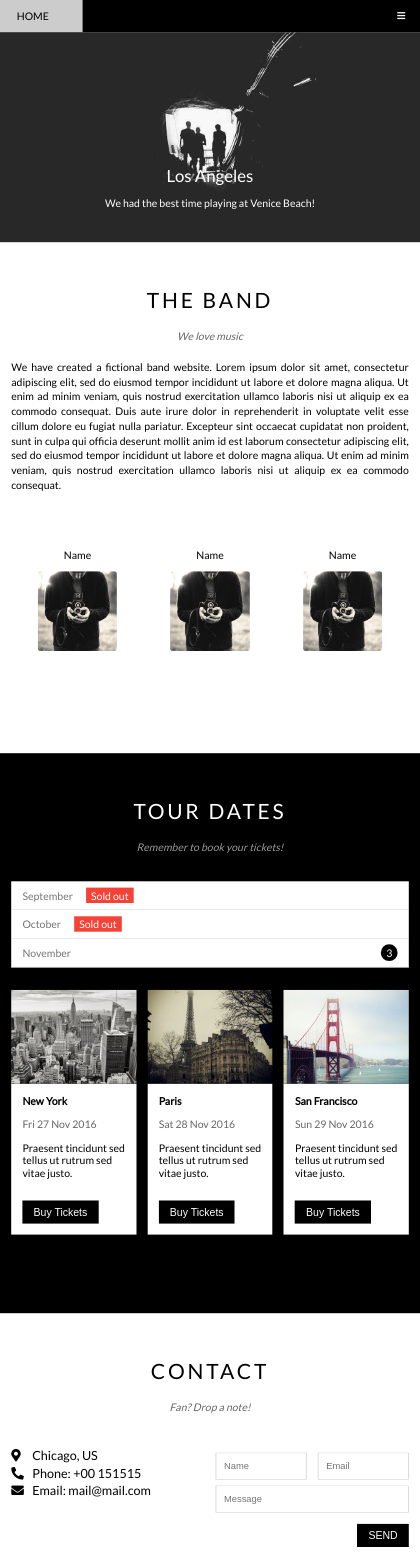
Repository: nguyenthaicong265/w3-band
Page: index.html
These files come from the project's save history. The page is drawn as it stood at one moment and after the next save; the edit follows.
The browser window is 600 px wide. The pictures show the part of the page from y = 0 to 2240 px (the page is 2878 px tall), at 70% of full size.

Above is the page before, as saved 2022-01-06 10:25:39.

### index.html
<!DOCTYPE html>
<html lang="en">
<head>
    <meta charset="UTF-8">
    <meta http-equiv="X-UA-Compatible" content="IE=edge">
    <meta name="viewport" content="width=device-width, initial-scale=1.0">
    <title>The band</title>
    <link rel="icon" href="./assets/img/favicon.png" type="image/x-icon" />
    <link rel="stylesheet" href="./assets/css/styles.css">
    <link rel="stylesheet" href="./assets/css/responsive.css">
    <link rel="stylesheet" href="https://fonts.googleapis.com/css?family=Lato">
    <link rel="stylesheet" href="./assets/font/themify-icons-font/themify-icons/themify-icons.css">
    <link rel="stylesheet" href="./assets/font/fontawesome-free-5.15.4-web/css/all.css">
</head>
<body>
    <div id="main">
        <div id="header">
            <ul id="nav">
                <li><a href="#">Home</a></li>
                <li><a href="#band">Band</a></li>
                <li><a href="#tour">Tour</a></li>
                <li><a href="#contact">Contact</a></li>
                <li>
                    <a href="#">
                        More
                        <i class="fas fa-sort-down"></i>
                    </a>
                    <ul class="subnav">
                        <li><a href="#">Merchandise</a></li>
                        <li><a href="#">Extras</a></li>
                        <li><a href="#">Media</a></li>
                    </ul>
                </li>
            </ul>
            <div class="search-button">
                <i class="fas fa-search"></i>
            </div>
            <div id="mobile-menu" class="mobile-menu-button">
                <i class="fas fa-bars"></i>
            </div>
        </div>

        <div id="slider">
            <div class="text-content text-white">
                <h2 class="text-head">Los Angeles
                </h2>
                <div class="text-description">We had the best time playing at Venice Beach!
                </div>
            </div>
        </div>

        <div id="content">
            <!-- About-section -->
            <div id="band" class="band-section">
                <div class="content-section">
                    <h2 class="section-heading">
                    THE BAND
                    </h2>
                    <p class="section-sub-heading">
                    We love music
                    </p>
                    <p class="about-text">We have created a fictional band website. Lorem ipsum dolor sit amet, consectetur adipiscing elit, sed do eiusmod tempor incididunt ut labore et dolore magna aliqua. Ut enim ad minim veniam, quis nostrud exercitation ullamco laboris nisi ut aliquip ex ea commodo consequat. Duis aute irure dolor in reprehenderit in voluptate velit esse cillum dolore eu fugiat nulla pariatur. Excepteur sint occaecat cupidatat non proident, sunt in culpa qui officia deserunt mollit anim id est laborum consectetur adipiscing elit, sed do eiusmod tempor incididunt ut labore et dolore magna aliqua. Ut enim ad minim veniam, quis nostrud exercitation ullamco laboris nisi ut aliquip ex ea commodo consequat.
                    </p>

                    <!-- Member -->
                    <div class="members-list">
                        <div class="member-item">
                            <p class="member-name">Name</p>
                            <img src="./assets/img/band/member1.jpg" alt="Name" class="member-avatar">
                        </div>

                        <div class="member-item">
                            <p class="member-name">Name</p>
                            <img src="./assets/img/band/member1.jpg" alt="Name" class="member-avatar">
                        </div>

                        <div class="member-item">
                            <p class="member-name">Name</p>
                            <img src="./assets/img/band/member1.jpg" alt="Name" class="member-avatar">
                        </div>
                    </div>
                </div>
            </div>

            <!-- Tour-section -->
            <div id="tour" class="tour-section">
                <div class="content-section">
                    <h2 class="section-heading text-white">
                    TOUR DATES
                    </h2>
                    <p class="section-sub-heading text-white">
                    Remember to book your tickets!
                    </p>

                    <!-- Tickets  -->
                    <ul class="tickets-list">
                        <li>September <span class="sold-out text-white">Sold out</span></li>
                        <li>October <span class="sold-out text-white">Sold out</span></li>
                        <li>November <span class="quantity text-white">3</span></li>
                    </ul>

                    <!-- Places -->
                    <div class="row places-list">
                        <div class="col col-third">
                            <img src="./assets/img/places/newyork.jpg" alt="New York" class="place-img">
                            <div class="place-body">
                                <h3 class="place-heading">
                                    New York
                                </h3>
                                <p class="place-time">
                                    Fri 27 Nov 2016
                                </p>
                                <p class="place-dsc">
                                    Praesent tincidunt sed tellus ut rutrum sed vitae justo.
                                </p>
                                <button class="btn js-buy-ticket">Buy Tickets</button>
                            </div>
                        </div>

                        <div class="col col-third">
                            <img src="./assets/img/places/paris.jpg" alt="Paris" class="place-img">
                            <div class="place-body">
                                <h3 class="place-heading">
                                    Paris
                                </h3>
                                <p class="place-time">
                                    Sat 28 Nov 2016
                                </p>
                                <p class="place-dsc">
                                    Praesent tincidunt sed tellus ut rutrum sed vitae justo.
                                </p>
                                <button class="btn js-buy-ticket">Buy Tickets</button>
                            </div>
                        </div>

                        <div class="col col-third">
                            <img src="./assets/img/places/sanfran.jpg" alt="San Francisco" class="place-img">
                            <div class="place-body">
                                <h3 class="place-heading">
                                    San Francisco
                                </h3>
                                <p class="place-time">
                                    Sun 29 Nov 2016
                                </p>
                                <p class="place-dsc">
                                    Praesent tincidunt sed tellus ut rutrum sed vitae justo.
                                </p>
                                <button class="btn js-buy-ticket">Buy Tickets</button>
                            </div>
                        </div>
                    </div>
                </div>
            </div>

            <!-- Begin: Contact-section -->
            <div id="contact" class="content-section">
                <h2 class="section-heading">
                CONTACT</h2>
                <p class="section-sub-heading">
                Fan? Drop a note!</p>
                <div class="row contact-content">
                    <div class="col col-half contact-info">
                        <p><i class="fas fa-map-marker-alt"></i>Chicago, US</p>
                        <p><i class="fas fa-phone-alt"></i>Phone: +00 151515</p>
                        <p><i class="fas fa-envelope"></i>Email: mail@mail.com</p>
                    </div>
                    <div class="col col-half contact-form">
                        <form action="">
                            <div class="row mt-8">
                                <div class="col col-half">
                                    <input type="text" name="" required placeholder="Name" id="" class="form-control">
                                </div>
                                <div class="col col-half">
                                    <input type="email" name="" required placeholder="Email" id="" class="form-control">
                                </div>
                            </div>
                            <div class="row mt-8">
                                <div class="col col-full">
                                    <input type="text" name="" required placeholder="Message" id="" class="form-control">
                                </div>
                            </div>
                            <input class="btn pull-right mt-16" type="submit" value="SEND">
                        </form>
                    </div>
                </div>
            </div>
            <!-- End: Contact-section -->


            <div class="map-section">
                <img src="./assets/img/map.jpg" alt="Map">
            </div>
        </div>

        <div id="footer">
            <div class="socials-list">
                <a href=""><i class="fab fa-facebook-square"></i></a>
                <a href=""><i class="fab fa-instagram"></i></a>
                <a href=""><i class="fab fa-snapchat"></i></a>
                <a href=""><i class="fab fa-pinterest-p"></i></a>
                <a href=""><i class="fab fa-twitter"></i></a>
                <a href=""><i class="fab fa-linkedin-in"></i></a>
            </div>
            <p class="copyright">Powered by <a href="">w3.css</a></p>
        </div>
    </div>
    <div class="modal js-modal">
         <div class="modal-contaner js-modal-container">
             <div class="modal-close js-modal-close">
                <i class="fas fa-times"></i>
             </div>

             <div class="modal-header text-white">
                <i class="fas fa-suitcase"></i> Tickets
             </div>

             <div class="modal-body">
                <label for="ticket-quantity" class="modal-label">
                    <i class="fas fa-shopping-cart"></i>
                    Tickets, $15 per person
                 </label>
                 <input type="text" id="ticket-quantity" class="modal-input" placeholder="How many?">

                 <label for="ticket-email" class="modal-label">
                    <i class="fas fa-user"></i>
                    Send To
                 </label>
                 <input type="text" id="ticket-email" class="modal-input" placeholder="Enter email">

                <button id="buy-ticket">
                    Pay
                    <i class="fas fa-check"></i>
                </button>
             </div>

             <div class="modal-footer">
                 <p class="modal-help">
                     Need <a href="">help?</button>
                 </p>
             </div>
         </div>
    </div>

    /* Buy Ticket */
    <script>
        const buyBtns = document.querySelectorAll('.js-buy-ticket')
        const modal = document.querySelector('.js-modal')
        const modalContainer = document.querySelector('.js-modal-container')
        const modalClose = document.querySelector('.js-modal-close')

        // Hàm hiển thị modal mua vé
        function showBuyTickets() {
            modal.classList.add('open')
        }

        // Hàm ẩn modal mua vé
        function closeBuyTickets() {
            modal.classList.remove('open')
        }

        // Lắng nghe click vào từng button Buy Ticket
        for (const buyBtn of buyBtns) {
            buyBtn.addEventListener('click', showBuyTickets)
        }

        // Lắng nghe click vào button close
        modalClose.addEventListener('click', closeBuyTickets)

        // Lắng nghe click vào modal
        modal.addEventListener('click', closeBuyTickets)

        // Lắng nghe click vào container
        modalContainer.addEventListener('click', function(event) {
            event.stopPropagation()
        })
    </script>

    /* Mobile Menu */
    <script>
        var header = document.getElementById('header')
        var mobileMenu = document.getElementById('mobile-menu')
        var headerHeight = header.clientHeight

        // Đóng mở mobile menu
        mobileMenu.onclick = function() {
            var isClosed = header.clientHeight === headerHeight
            if (isClosed) {
                header.style.height = 'auto'
            }
            else {
                header.style.height = null
            }
        }

        // Tự động đóng sau khi chọn menu
        var menuItems = document.querySelectorAll('#nav li a[href*="#"]')
        for (const menuItem of menuItems) {
            menuItem.onclick = function() {
                header.style.height = null
            }
        }
    </script>
</body>
</html>

### assets/css/styles.css
/* Reset CSS */
* {
    padding: 0;
    margin: 0;
    box-sizing: border-box;
}

html {
    font-family: "Lato", sans-serif;
    font-size: 62.5%;
    scroll-behavior: smooth;
}

/* Common */
.clear {
    clear: both;
}

.text-white {
    color: #ffff !important;
}

.row {
    margin-left: -8px;
    margin-right: -8px;
    overflow: hidden;
}

.col {
    float: left;
    padding-left: 8px;
    padding-right: 8px;
}

.col-third {
    width: 33.33333%;
}

.col-half {
    width: 50%;
}

.col-full {
    width: 100%;
}

.mt-8 {
    margin-top: 8px;
}

.mt-16 {
    margin-top: 16px;
}

.btn {
    display: inline-block;
    font-size: 15px;
    color: #ffff;
    background-color: #000;
    text-decoration: none;
    padding: 8px 16px;
    margin-top: 16px;
    border: 0px;
    cursor: pointer;
}

.btn:hover {
    color: #000;
    background-color: #ccc;
}

.pull-right {
    float: right;
    overflow: hidden;
}

/* Main */

#main {

}

#header {
    position: fixed;
    top: 0;
    left: 0;
    right: 0;
    height: 46px;
    background-color: #000000;
    z-index: 1;
    overflow: hidden;
}

#header .search-button,
#header .mobile-menu-button {
    color: #fff;
    float: right;
    padding: 0 21px;
}

#header .search-button:hover {
    cursor: pointer;
    background-color: #f44336!important;
}

#header .mobile-menu-button:hover {
    background-color: #ccc;
    color: #000;
}

#header .fa-search,
#header .fa-bars {
    font-size: 13px;
    line-height: 46px;
}

#nav, .subnav {
    display: inline-block;
    list-style-type: none;
}

#nav > li {
    display: inline-block;
}

#nav li {
    position: relative;
}

#nav > li > a {
    color: #ffffff;
    text-transform: uppercase;
}

#nav li a {
    text-decoration: none;
    line-height: 46.5px;
    padding: 0px 24px;
    font-size: 1.5rem;
    display: block;
}

#nav .fa-sort-down {
    font-size: 20px;
}

#nav li:hover .subnav {
    display: block;

}

#nav > li:hover > a,
#nav .subnav li:hover a {
    color: #000 !important;
    background-color: #ccc !important;
}

#nav .subnav {
    display: none;
    position: absolute;
    min-width: 160px;
    top: 46.5px;
    background-color: #ffffff;
    box-shadow: 0 0 10px rgba(0, 0, 0, 0.3);
}

#nav .subnav a {
    color: #000;
    padding: 0 12px;
    line-height: 38px;
}

#slider {
    position: relative;
    margin-top: 46px;
    padding-top: 50%;
    background: url(/assets/img/slider/slider1.jpg) top center / cover no-repeat;
}

#slider .text-content {
    position: absolute;
    bottom: 48px;
    width: 100%;
    text-align: center;
}

#slider .text-head {
    font-weight: 100;
    font-size: 24px;
    margin-bottom: 10px;
}
#slider .text-description {
    font-size: 15px;
    margin-top: 15px;
}

#content {
}

#content .content-section {
    width: 800px;
    max-width: 100%;
    padding: 64px 0 112px ;
    margin-left: auto;
    margin-right: auto;
    padding-left: 16px;
    padding-right: 16px;
}

#content .section-heading {
    font-size: 30px;
    font-weight: 400;
    letter-spacing: 4px;
    text-align: center;
}

#content .section-sub-heading {
    font-size: 15px;
    font-style: italic;
    text-align: center;
    opacity: 0.6;
    margin-top: 25px;
}

#content .about-text {
    text-align: justify;
    font-size: 15px;
    margin-top: 25px;
    line-height: 1.4;
}

#content .members-list {
    margin-top: 48px;
    overflow: hidden;
    padding-top: 32px !important;
    padding-bottom: 32px !important;
}

#content .member-item {
    float: left;
    width: 33.333333%;
    text-align: center;
}

#content .member-name {
    font-size: 15px;
}

#content .member-avatar {
    width: 60%;
    margin-top: 15px;
    border-radius: 4px;
}

.tour-section {
    background-color: #000;
    width: 100%;
}

.tickets-list {
    background-color: #ffffff;
    margin-top: 40px;
    list-style-type: none;
}

.tickets-list li {
    font-size: 15px;
    padding: 11px 16px;
    border-bottom: 1px solid #dddd;
    color: #757575;
}

.tickets-list .sold-out {
    background-color: #f44336!important;
    padding: 2px 7px;
    margin-left: 16px;
}

.tickets-list .quantity {
    float: right;
    width: 24px;
    height: 24px;
    background-color: #000;
    border-radius: 50%;
    line-height: 24px;
    text-align: center;
    margin-top: -3px;
}

.places-list {
    margin-top: 32px;
    overflow: hidden;
}

.place-img {
    display: block;
    width: 100%;
}

.place-img:hover {
    opacity: 0.6;
}

.place-body {
    background-color: #ffff;
    padding: 16px;
}

.place-heading {
    font-size: 15px;
    font-weight: bolder;
    margin-bottom: 15px;
}

.place-time {
    font-size: 15px;
    opacity: 0.6;
    margin-bottom: 15px;
}

.place-dsc {
    font-size: 15px;
    margin-bottom: 15px;
}

.fas {
    display: inline-block;
}

.contact-content {
    margin-top: 48px;
}

.contact-info {
    font-size: 18px;
    line-height: 1.4;
}

.contact-info .fas {
    width: 30px;
}

.contact-form {
    font-size: 15px;
}

.contact-form .form-control {
    padding: 11px;
    border: 1px solid #ccc;
    width: 100%;
}

/* Map section */
.map-section img {
    width: 100%;
}

/* Footer section */
#footer {
    padding: 64px 16px;
    text-align: center;
    font-size: 15px;

}

#footer .socials-list {
    font-size: 24px;
}

#footer .socials-list a {
    color: #000;
    opacity: 0.5;
    text-decoration: none;
}

#footer .socials-list a:hover {
    opacity: 0.3;
}

#footer .copyright {
    margin: 15px 0;
    color: #000;
    opacity: 0.5;
}

#footer .copyright a {
    color: #000 !important;
}

.modal {
    position: fixed;
    top: 0;
    right: 0;
    bottom: 0;
    left: 0;
    background: rgba(0, 0, 0, 0.4);
    align-items: center;
    justify-content: center;
    display: none;
}

.modal.open {
    display: flex;
}

.modal-contaner {
    background: #fff;
    width: 900px;
    max-width: calc(100% - 32px);
    min-height: 200px;
    position: relative;
    animation: modalFadeIn ease 0.5s;
}

.modal-close {
    position: absolute;
    right: 0;
    top: 0;
    padding: 15px;
    cursor: pointer;
    color: #fff;
    font-size: 15px;
}

.modal-close:hover {
    background-color: #ccc;
    color: #000;
}

.modal-header {
    background-color: #009688;
    height: 130px;
    display: flex;
    align-items: center;
    justify-content: center;
    font-size: 30px;
    letter-spacing: 5px;
}

.modal-header .fa-suitcase {
    margin-right: 15px;
}

.modal-body {
    padding: 15px;

}

.modal-body .modal-label {
    display: block;
    font-size: 15px;
    opacity: 0.8;
}

.modal-body .modal-input {
    border: 1px solid #ccc;
    padding: 8px;
    margin: 15px 0;
    width: 100%;
    font-size: 15px;
}

#buy-ticket {
    background-color: #009688;
    color: #fff;
    font-size: 15px;
    padding: 15px;
    width: 100%;
    border: 0px;
}

#buy-ticket:hover {
    background-color: #ccc;
    color: #000;
}

.modal-footer {
    padding: 16px;
    text-align: right;
    font-size: 15px;
}

.modal-help {
    top: 0;
    right: 0;
}

.modal-help a {
    color: #2196F3;
}

@keyframes modalFadeIn {
    from {
        opacity: 0;
        transform: translateY(-100px);
    }
    to {
        opacity: 1;
        transform: translateY(0px);
    }
}

### assets/css/responsive.css
/* PC */
@media (min-width: 1024px) {
    #header .mobile-menu-button {
        display: none;
    }
}

/* Mobile */
@media (max-width: 740px) {
    #nav > li {
        display: block;
    }

    #header .search-button {
        display: none;
    }


}

Loaded but not shown: assets/font/themify-icons-font/themify-icons/themify-icons.css (common file); assets/font/fontawesome-free-5.15.4-web/css/all.css (library)

After the next save:
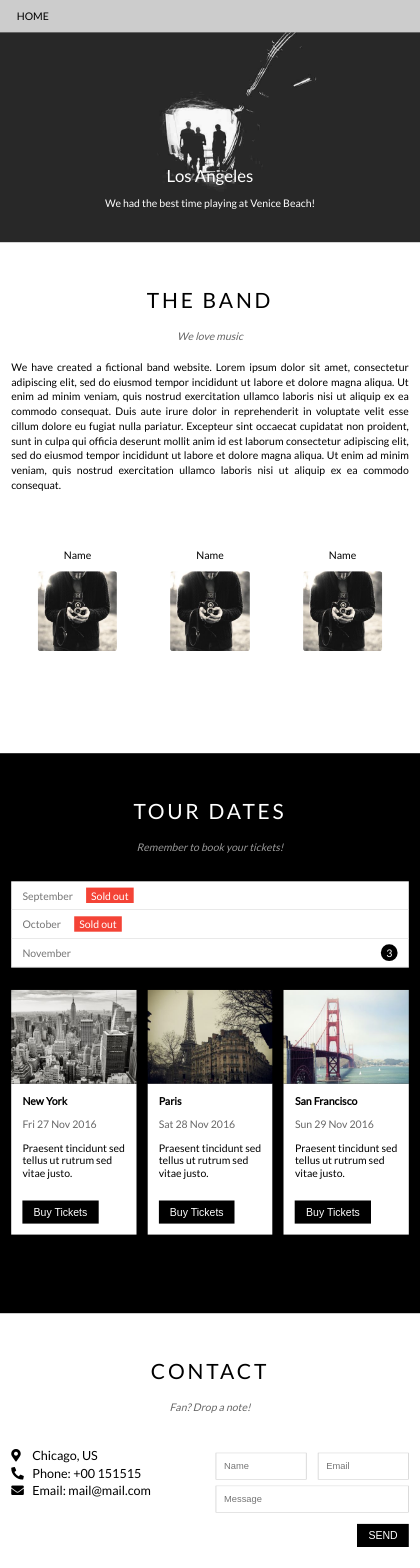
Saved 43 s later.
--- a/assets/css/responsive.css
+++ b/assets/css/responsive.css
@@ -7,6 +7,10 @@
 
 /* Mobile */
 @media (max-width: 740px) {
+    #nav {
+        display: block;
+    }
+
     #nav > li {
         display: block;
     }
